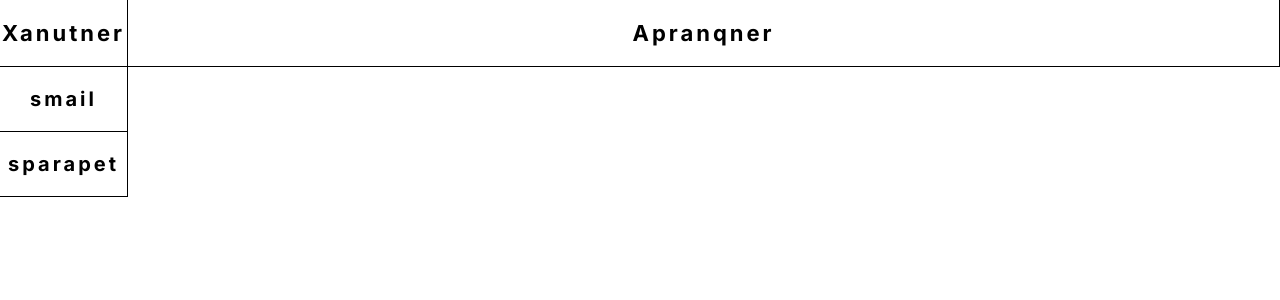
Repository: AbApin/amasia
Page: /
These files come from the project's save history. The page is drawn as it stood at one moment and after the next save; the edit follows.
The browser window is 1280 px wide. The pictures show the whole page.
The project was rebuilt for these pictures with package versions that can differ from the ones it lists, and the page was loaded fresh each time. Also part of the build but not shown: vue.config.js.

Above is the page before, as saved 2023-01-28 15:08:14.

### public/index.html
<!DOCTYPE html>
<html lang="">
  <head>
    <meta charset="utf-8" />
    <meta http-equiv="X-UA-Compatible" content="IE=edge" />
    <meta name="viewport" content="width=device-width,initial-scale=1.0" />
    <link rel="icon" href="<%= BASE_URL %>favicon.ico" />
    <title><%= htmlWebpackPlugin.options.title %></title>
    <link
      href="https://fonts.googleapis.com/css?family=Inter:100,200,300,regular,500,600,700,800,900"
      rel="stylesheet"
    />
  </head>
  <body>
    <noscript>
      <strong
        >We're sorry but <%= htmlWebpackPlugin.options.title %> doesn't work properly without
        JavaScript enabled. Please enable it to continue.</strong
      >
    </noscript>
    <div id="app"></div>
    <!-- built files will be auto injected -->
  </body>
</html>

### src/App.vue
<template>
  <div id="app">
    <div class="header">
      <h2 class="xanutnerTitle">Xanutner</h2>
      <h2 class="apranqnerTitle">Apranqner</h2>
      <!-- <div class="endhanurQanak">
        <ul class="endhanurQanakiList">
          <li v-for="qanakItem in xanutner" :key="" class="endhanurQanakiListItem"></li>
        </ul>
      </div> -->
    </div>
    <div class="content">
      <ul class="contentList">
        <li v-for="xanutiAnun in xanutneriAnuner" :key="xanutiAnun" class="contentItem">
          <p class="xanutiAnun">{{ xanutiAnun }}</p>
          <ul class="apranqneriList">
            <li
              v-for="(apranq, apranqiHamar) in xanutneriAnuner[xanutiAnun]"
              :key="apranqiHamar"
              class="apranqneriListItem"
            >
              <div class="apranqiText">
                <p class="apranqiAnun">{{ apranq.anun }}</p>
                <p class="apranqiQanak">{{ apranq.qanak }}</p>
              </div>
              <div class="apranqiAvelPakas">
                <button
                  class="plus apranqiBtn"
                  @click="this.AVELACNEL({ xanutiAnun, apranqiHamar })"
                >
                  +
                </button>
                <button
                  class="minus apranqiBtn"
                  @click="this.PAKASACNEL({ xanutiAnun, apranqiHamar })"
                >
                  -
                </button>
              </div>
            </li>
          </ul>
        </li>
      </ul>
    </div>
  </div>
</template>

<script>
import { mapGetters, mapMutations } from 'vuex';
export default {
  name: 'App',
  components: {},
  data() {
    return {};
  },
  mounted() {},
  methods: {
    ...mapMutations(['AVELACNEL', 'PAKASACNEL']),
  },
  computed: {
    ...mapGetters(['XANUTNER']),
    xanutneriAnuner() {
      return Object.keys(this.XANUTNER);
    },
  },
};
</script>

<style>
*,
*::after,
*::before {
  margin: 0;
  padding: 0;
  box-sizing: border-box;
}
ul {
  list-style: none;
}
#app {
  display: flex;
  flex-direction: column;
  min-height: 100vh;
}
.header {
  display: flex;
  justify-content: space-between;
  width: 100%;
}
.xanutnerTitle {
  width: 10%;
  display: flex;
  align-items: center;
  justify-content: center;
  font-family: 'Inter';
  font-size: 22px;
  font-weight: 700;
  letter-spacing: 3px;
  padding: 20px 30px;
  border: 1px solid #000;
  border-top: 0;
  border-left: 0;
}
.apranqnerTitle {
  width: 90%;
  display: flex;
  align-items: center;
  justify-content: center;
  font-family: 'Inter';
  font-size: 22px;
  font-weight: 700;
  letter-spacing: 3px;
  padding: 20px 30px;
  border: 1px solid #000;
  border-top: 0;
  border-left: 0;
}
.contentList {
  display: flex;
  flex-direction: column;
}
.contentItem {
  display: flex;
  justify-content: space-between;
}
.xanutiAnun {
  display: flex;
  align-items: center;
  justify-content: center;
  width: 10%;
  font-family: 'Inter';
  font-size: 20px;
  font-weight: 700;
  letter-spacing: 3px;
  word-wrap: break-word;
  padding: 20px 30px;
  border: 1px solid #000;
  border-top: 0;
  border-left: 0;
}
.apranqneriList {
  width: 90%;
  display: flex;
  justify-content: space-between;
}
.apranqneriListItem {
  display: flex;
  flex-direction: column;
  flex: 1 1 0;
  border: 1px solid #000;
  border-top: 0;
  border-left: 0;
}
.apranqiText {
  display: flex;
  justify-content: space-between;
  align-items: center;
  height: 50%;
}
.apranqiAnun {
  font-family: 'Inter';
  font-size: 15px;
  font-weight: 500;
  word-wrap: break-word;
  text-align: center;
  width: 60%;
  border-right: 1px solid #000;
}
.apranqiQanak {
  display: flex;
  justify-content: center;
  align-items: center;
  width: 40%;
}
.apranqiAvelPakas {
  display: flex;
  justify-content: space-between;
  width: 100%;
  height: 50%;
}
.apranqiBtn {
  display: inline-flex;
  justify-content: center;
  align-items: center;
  font-family: 'Inter';
  font-size: 30px;
  font-weight: 700;
  letter-spacing: 3px;
  border: none;
  color: #fff;
  width: 50%;
  cursor: pointer;
}
.plus {
  background: green;
}
.minus {
  background: red;
}
</style>

### src/store/index.js
import Vuex from 'vuex';
import Vue from 'vue';

Vue.use(Vuex);

const store = new Vuex.Store({
  state() {
    return {
      xanutner: {
        smail: [
          { anun: 'ԼՈՌԻ', qanak: 0 },
          { anun: 'Չանախ', qanak: 0 },
          { anun: 'ՉԵՉԻԼ', qanak: 0 },
          { anun: 'ՍՈՒԼՈՒԳՈՒՆԻ', qanak: 0 },
          { anun: 'lori', qanak: 0 },
          { anun: 'chanax', qanak: 0 },
          { anun: 'ԿԱՐԱԳ', qanak: 0 },
        ],
        sparapet: [
          { anun: 'ԼՈՌԻ', qanak: 0 },
          { anun: 'Չանախ', qanak: 0 },
          { anun: 'ՉԵՉԻԼ', qanak: 0 },
          { anun: 'ՍՈՒԼՈՒԳՈՒՆԻ', qanak: 0 },
          { anun: 'lori', qanak: 0 },
          { anun: 'chanax', qanak: 0 },
          { anun: 'ԿԱՐԱԳ', qanak: 0 },
        ],
      },
    };
  },
  mutations: {
    AVELACNEL(state, { xanutiAnun, apranqiHamar }) {
      state[xanutiAnun][apranqiHamar].qanak += 1;
    },
    PAKASACNEL(state, { xanutiAnun, apranqiHamar }) {
      let qanak = state[xanutiAnun][apranqiHamar].qanak;
      if (qanak >= 1) {
        qanak -= 1;
      }
    },
  },
  getters: {
    XANUTNER(state) {
      return state.xanutner;
    },
  },
});

export default store;

Loaded but not shown: src/main.js (common file)

After the next save:
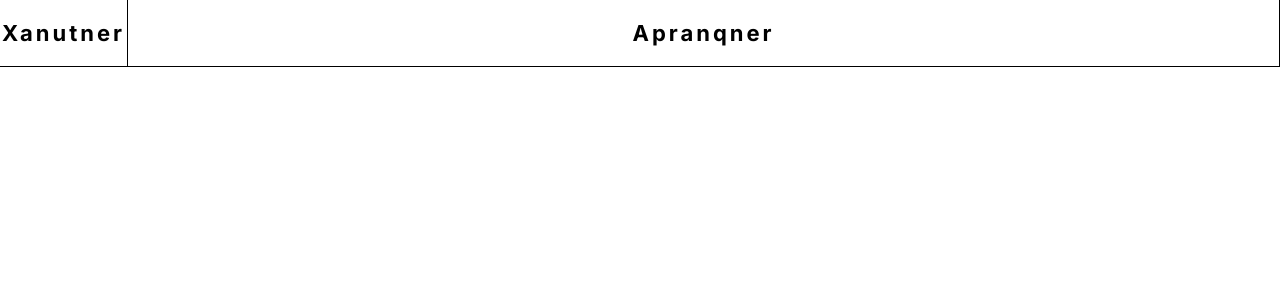
Saved 10 s later.
--- a/src/App.vue
+++ b/src/App.vue
@@ -59,7 +59,7 @@ export default {
   },
   computed: {
     ...mapGetters(['XANUTNER']),
-    xanutneriAnuner() {
+    xanutner() {
       return Object.keys(this.XANUTNER);
     },
   },
